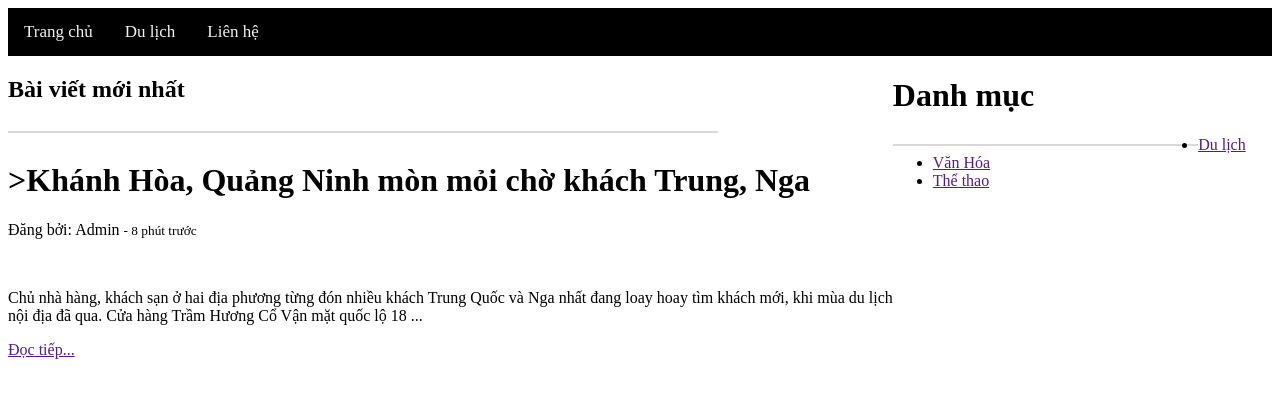
Repository: Lehuyhuynh/BTH2-CSS
Page: BTH3/BTH4/index.html
An editor plug-in stored every save of this project. The page is shown before and after the next save, followed by the edit.
The browser window is 1280 px wide. The pictures show the whole page.

Above is the page before, as saved 2023-08-11 16:55:49.

### BTH3/BTH4/index.html
<!DOCTYPE html>
<html lang="en">
<head>
  <meta charset="UTF-8">
  <meta name="viewport" content="width=device-width, initial-scale=1.0">
  <link rel="stylesheet" href="style.css">
  <title>BTH4</title>
</head>
<body>
  <div class="container">

    <div class="navbar">
      <a href="Trang chủ">Trang chủ</a>
      <a href="Du lịch">Du lịch</a>
      <a href=" Liên hệ">Liên hệ</a>
    </div>

    <div class="contenr">
      <div class="posts">
        <div class="title">
          <h2>Bài viết mới nhất</h2>
        </div>
        <hr class="hr">
        <div class="first">
          <h1>>Khánh Hòa, Quảng Ninh mòn mỏi chờ khách Trung, Nga</h1>
          <p>Đăng bởi: Admin <small>- 8 phút trước</small></p>
          <img src="" alt="">
          <p>Chủ nhà hàng, khách sạn ở hai địa phương từng đón nhiều khách Trung Quốc và Nga nhất đang loay hoay tìm khách mới, khi mùa du lịch nội địa đã qua. Cửa hàng Trầm Hương Cổ Vận mặt quốc lộ 18 ...</p>
          <a href="">Đọc tiếp...</a>
        </div>
      </div>

      <div class="list">
        <h1>Danh  mục</h1>
        <hr class="hr">
        <ul>
          <li><a href="">Du lịch</a></li>
          <li><a href="">Văn Hóa</a></li>
          <li><a href=""> Thể thao</a></li>
        </ul>
      </div>
    </div>
  </div>

</body>
</html>

### BTH3/BTH4/style.css
.container {
  width: 100%;
  margin: 0 auto;
  height: auto;
  float: left;
}

.navbar {
  overflow: hidden;
  background-color: black;
  float: left;
  top: 0;
  width: 100%;
}

.navbar a {
  float: left;
  display: block;
  color: #f2f2f2;
  text-align: center;
  padding: 14px 16px;
  text-decoration: none;
  font-size: 17px;
}

.navbar a:hover {
  background: #ddd;
  color: black;
}
.content {
  width: 1024px;
  margin: 0 auto;
  height: 300px;
}

.posts {
  width: 70%;
  height: 100%;
  float: left;
}

.list {
  width: 30%;
  float: left;
  height: 100%;
}

.hr {
  width: 80%;
  border: 1px solid #dbd8d8;
  float: left;
}

.first {
  width: 100%;
  float: left;
}

.first img {
  text-align: center;
  width: 80%;
}

.category-name {
  float: left;
  font-size: 18px;
}

After the next save:
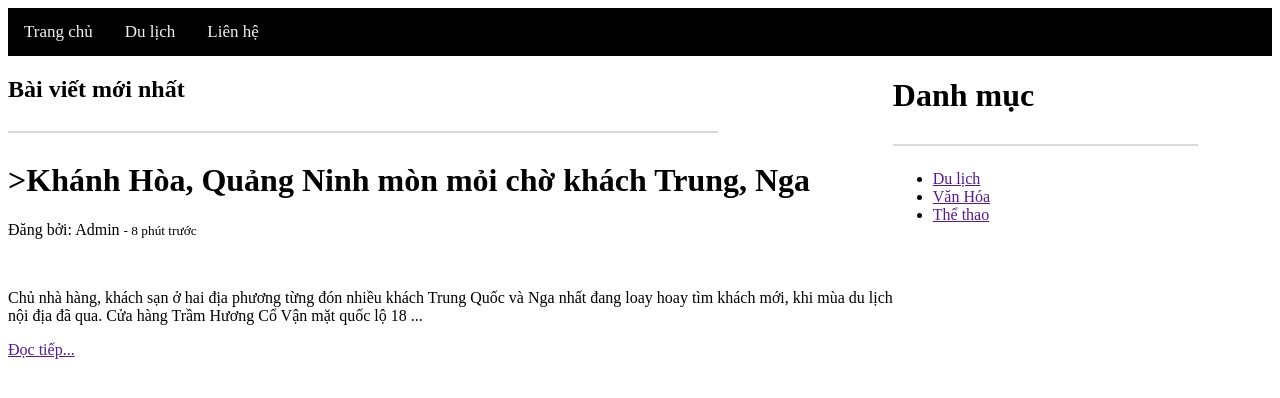
Saved 46 s later.
--- a/BTH3/BTH4/index.html
+++ b/BTH3/BTH4/index.html
@@ -32,7 +32,7 @@
 
       <div class="list">
         <h1>Danh  mục</h1>
-        <hr class="hr">
+        <hr class="hr"><br>
         <ul>
           <li><a href="">Du lịch</a></li>
           <li><a href="">Văn Hóa</a></li>
